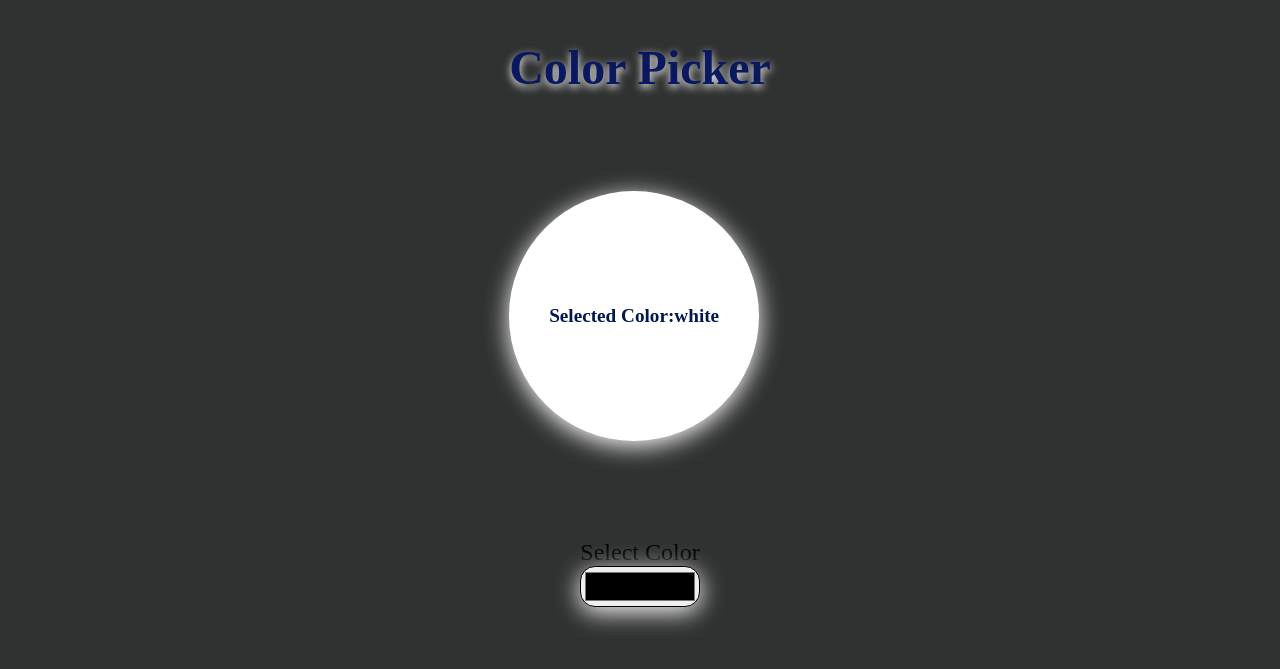
Repository: rkrukshan/Color-Picker--React-
Page: /
An editor plug-in stored every save of this project. The page is shown before and after the next save, followed by the edit.
The browser window is 1280 px wide. The pictures show the whole page.
The project was rebuilt for these pictures with package versions that can differ from the ones it lists, and the page was loaded fresh each time. Also part of the build but not shown: vite.config.js.

Above is the page before, as saved 2024-07-21 19:21:29.

### src/App.jsx
import ColorPicker from "./ColorPicker"

function App() {

  return (
    <>
    <ColorPicker/>
    </>
  )

}

export default App

### src/index.css
body {
  background-color: rgb(48, 49, 49);
}
.cp-container {
  text-align: center;
  display: grid;
  align-items: center;
  justify-content: center;
}
.heading {
  color: rgb(10, 25, 95);
  font-size: 3em;
  text-shadow: 0px 3px 9px rgb(255, 255, 255);
  margin-bottom: 2em;
}
.color-pad {
  height: 250px;
  width: 250px;
  border-radius: 50%;
  box-shadow: 0px 5px 25px rgb(255, 255, 255);
  transition: 0.25s;
  display: flex;
  align-items: center;
  justify-content: center;
}
.selectedlabel {
  font-size: larger;
  font-weight: bolder;
  color: rgb(1, 24, 81);
}
.selectlabel {
  font-size: 1.5em;
}
.colorpicker {
  width: 9em;
  height: 41px;
  border-radius: 15px;
  box-shadow: 0px 5px 25px rgb(255, 255, 255);
  transition: 11s;
}
.btncp{
  margin-top: 5em;
}

### src/ColorPicker.jsx
import { useState } from "react";

function ColorPicker() {
  const [color, setColor] = useState("white");

  function updateColor(event) {
    setColor(event.target.value);
  }
  return (
    <div className="cp-container">
      <h1 className="heading">Color Picker</h1>
      <div className="color-pad" style={{ backgroundColor: color }}>
        <p htmlFor="cp" className="selectedlabel">
          Selected Color:{color}
        </p>
      </div>
      <br />
      <div className="btncp">
        <label htmlFor="scp" className="selectlabel">
          Select Color
        </label>
        <br />
        <input
          type="color"
          value={color}
          onChange={updateColor}
          className="colorpicker"
        />
      </div>
    </div>
  );
}
export default ColorPicker;

Loaded but not shown: index.html (common file); src/main.jsx (common file)

After the next save:
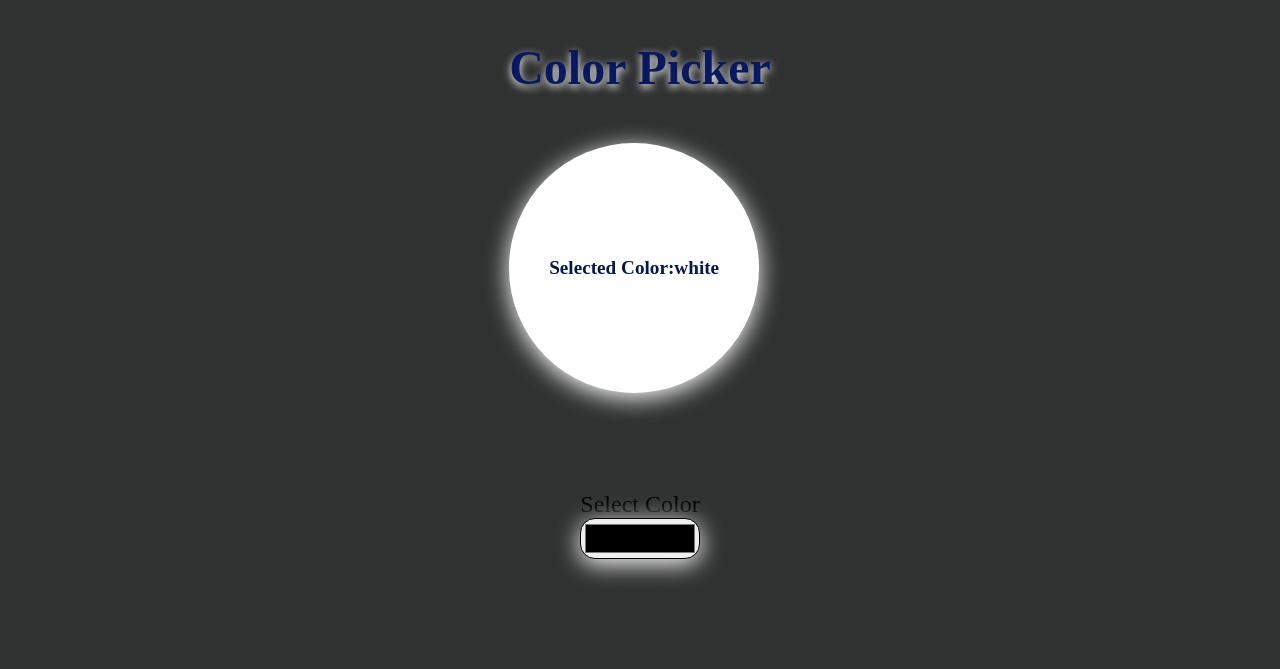
Saved 4 s later.
--- a/src/index.css
+++ b/src/index.css
@@ -11,7 +11,7 @@ body {
   color: rgb(10, 25, 95);
   font-size: 3em;
   text-shadow: 0px 3px 9px rgb(255, 255, 255);
-  margin-bottom: 2em;
+  margin-bottom: 1em;
 }
 .color-pad {
   height: 250px;
